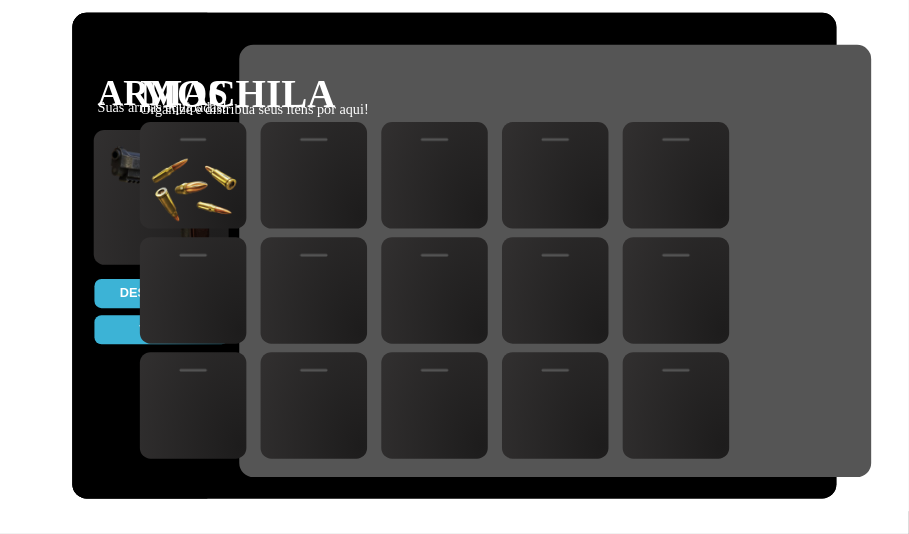
Repository: DuMCorrea/Mochila
Page: index.html
The author's editor kept a copy of each file at every save. The page is drawn from the files as they stood at one save, then again after a run of saves.
The browser window is 1280 px wide. The pictures show the whole page, at 71% of full size.
Some web fonts or font styles are not loaded; a fallback is used.

Above is the page before, as saved 2024-09-02 22:59:32.

### index.html
<!DOCTYPE html>
<html lang="pt-BR">
<head>
    <meta charset="UTF-8">
    <meta name="viewport" content="width=device-width, initial-scale=1.0">
    <link href="https://fonts.googleapis.com/css2?family=Baloo+Bhai+2&display=swap" rel="stylesheet">
    <title>Modelo de Tela</title>
    <link rel="stylesheet" href="styles.css">
</head>
<body>
    <div class="container">
        <div class="background-rectangle">
            <div class="left-div">
                <div class="content-left">
                    <h1>ARMAS</h1>
                    <p>Suas armas equipadas!</p>
                    <div class="image-container">
                        <img src="assets/ARMA.png" alt="Imagem" />
                    </div>
                    <button class="desequipar-btn">DESEQUIPAR</button>
                    <button class="todas">TODAS</button>
                </div>
            </div>
            <div class="right-div">
                <div class="content-right">
                    <h1>MOCHILA</h1>
                    <p>Organize e distribua seus itens por aqui!</p>
                    <div class="squares-container">
                        <div class="square">
                            <img src="assets/traco.png" alt="Imagem" class="square-image-unic">
                            <img src="assets/balas.png" alt="Imagem" class="shots-image">
                        </div>
                        <div class="square">
                            <img src="assets/traco.png" alt="Imagem" class="square-image">
                        </div>
                        <div class="square">
                            <img src="assets/traco.png" alt="Imagem" class="square-image">
                        </div>
                        <div class="square">
                            <img src="assets/traco.png" alt="Imagem" class="square-image">
                        </div>
                        <div class="square">
                            <img src="assets/traco.png" alt="Imagem" class="square-image">
                        </div>
                    </div>
                    <!-- Segunda linha de quadrados -->
                    <div class="squares-container">
                        <div class="square">
                            <img src="assets/traco.png" alt="Imagem" class="square-image">
                        </div>
                        <div class="square">
                            <img src="assets/traco.png" alt="Imagem" class="square-image">
                        </div>
                        <div class="square">
                            <img src="assets/traco.png" alt="Imagem" class="square-image">
                        </div>
                        <div class="square">
                            <img src="assets/traco.png" alt="Imagem" class="square-image">
                        </div>
                        <div class="square">
                            <img src="assets/traco.png" alt="Imagem" class="square-image">
                        </div>
                    </div>

                    <!-- Terceira linha de quadrados -->
                    <div class="squares-container">
                        <div class="square">
                            <img src="assets/traco.png" alt="Imagem" class="square-image">
                        </div>
                        <div class="square">
                            <img src="assets/traco.png" alt="Imagem" class="square-image">
                        </div>
                        <div class="square">
                            <img src="assets/traco.png" alt="Imagem" class="square-image">
                        </div>
                        <div class="square">
                            <img src="assets/traco.png" alt="Imagem" class="square-image">
                        </div>
                        <div class="square">
                            <img src="assets/traco.png" alt="Imagem" class="square-image">
                        </div>
                    </div>
                </div>
            </div>
        </div>
    </div>
</body>
</html>

### styles.css
body, html {
    margin: 0;
    padding: 0;
    width: 100%;
    height: 100%;
    display: flex;
    justify-content: center;
    align-items: center;
    background-color: white; /* Fundo preto para o body */
    font-family: 'Baloo Bhai 2', cursive; /* Aplicando a fonte Baloo Bhai */
}

.container {
    width: 84%; /* Largura da div principal */
    height: 95%; /* Altura da div principal */
    display: flex;
    justify-content: center;
    align-items: center;
    background-color: #000000; /* Fundo preto para a div principal */
    border-radius: 20px; /* Canto arredondado */
    font-family: 'Baloo Bhai 2', cursive; /* Aplicando a fonte Baloo Bhai */
}

.background-rectangle {
    width: 100%;
    height: 100%;
    background: #000000; /* Fundo preto para o retângulo principal */
    border-radius: 20px; /* Cantos arredondados */
    display: flex;
}

.left-div {
    width: 22%; /* 25% da largura da tela */
    height: 100%;
    background-color: #000000; /* Fundo preto para a div esquerda */
    display: flex;
    justify-content: center;
    align-items: center;
    border-radius: 20px 0 0 20px; /* Canto arredondado à esquerda */
    font-family: 'Baloo Bhai 2', cursive; /* Aplicando a fonte Baloo Bhai */
}

.right-div {
    width: calc(110% - 20px); /* 73% da largura da tela menos a margem */
    height: calc(92% - 20px); /* 95% da altura menos a margem */
    background-color: #555555; /* Fundo cinza para a div direita */
    display: flex;
    justify-content: center;
    align-items: center;
    margin: 45px; /* Margem em torno da div da direita */
    border-radius: 20px; /* Cantos arredondados */
    font-family: 'Baloo Bhai 2', cursive; /* Aplicando a fonte Baloo Bhai */
}


/* DIV DA ESQUERDA */

.content-left {
    text-align: justify; /* Justifica o texto */
    display: flex;
    flex-direction: column;
    justify-content: flex-start; /* Alinha os elementos ao topo da div */
    align-items: center; /* Centraliza horizontalmente */
    height: 100%; /* Ocupa toda a altura da div esquerda */
    padding-top: 100px; /* Adiciona um espaçamento do topo */
}

.left-div h1 {
    color: white; /* Cor branca para o título */
    font-size: 50px; /* Tamanho da fonte do título */
    margin-bottom: -20px; /* Espaçamento negativo para aproximar o parágrafo */
    font-weight: 900;
    width: 100%; /* Para garantir que a justificação funcione */
    text-align: justify; /* Justifica o texto do título */
    position: relative;
    left: 35px;
}

.left-div p {
    color: white; /* Cor branca para a frase */
    font-size: 20px; /* Tamanho da fonte da frase */
    margin-top: 0; /* Remove a margem superior do parágrafo */
    width: 100%; /* Para garantir que a justificação funcione */
    text-align: justify; /* Justifica o texto da frase */
    font-weight: 100;
    position: relative;
    left: 35px;
}

.image-container {
    width: 190px; /* Largura do quadrado */
    height: 190px; /* Altura do quadrado */
    background: radial-gradient(547.21% 823.76% at 94.51% 88.04%, #1D1C1C 0%, #837E7E 100%); /* Fundo com gradiente */
    border-radius: 15px; /* Borda arredondada */
    display: flex;
    justify-content: center;
    align-items: center;
    margin-top: 0px; /* Espaçamento acima da imagem */
    position: relative;
    left: 30px;
}

.image-container img {
    width: 85%; /* Ajusta o tamanho da imagem para caber no container */
    height: 85%; /* Ajusta o tamanho da imagem para caber no container */
    border-radius: 15px; /* Borda arredondada da imagem para combinar com o container */
}

.desequipar-btn {
    margin-top: 20px; /* Espaçamento acima do botão */
    padding: 10px 20px; /* Espaçamento interno do botão */
    background: linear-gradient(90deg, #3CB3D6 49.9%, #1F5E70 100%); /* Fundo com gradiente */
    color: white; /* Cor do texto */
    font-size: 18px; /* Tamanho da fonte */
    font-weight: bold; /* Negrito no texto */
    border: none; /* Remove a borda padrão do botão */
    border-radius: 10px; /* Bordas arredondadas */
    cursor: pointer; /* Cursor de ponteiro ao passar o mouse */
    text-align: center; /* Centraliza o texto no botão */
    width: 189px; /* Largura do botão */
    position: relative;
    left: 30px;
}

.todas {
    margin-top: 10px; /* Espaçamento acima do botão */
    padding: 10px 20px; /* Espaçamento interno do botão */
    background: linear-gradient(90deg, #3CB3D6 49.9%, #1F5E70 100%); /* Fundo com gradiente */
    color: white; /* Cor do texto */
    font-size: 18px; /* Tamanho da fonte */
    font-weight: bold; /* Negrito no texto */
    border: none; /* Remove a borda padrão do botão */
    border-radius: 10px; /* Bordas arredondadas */
    cursor: pointer; /* Cursor de ponteiro ao passar o mouse */
    text-align: center; /* Centraliza o texto no botão */
    width: 189px; /* Largura do botão */
    position: relative;
    left: 30px;
}


/* DIV DA DIREITA */


.content-right {
    display: flex;
    flex-direction: column;
    justify-content: flex-start; /* Alinha os elementos ao topo da div */
    align-items: flex-start; /* Alinha os elementos à esquerda */
    height: 100%; /* Ocupa toda a altura da div direita */
    padding: 20px; /* Adiciona um espaçamento interno */
}

.right-div h1 {
    color: white; /* Cor branca para o título */
    font-size: 55px; /* Tamanho da fonte do título */
    margin-bottom: -20px; /* Espaçamento negativo para aproximar o parágrafo */
    font-weight: 900;
    width: 100%; /* Para garantir que a justificação funcione */
    text-align: left; /* Alinha o texto à esquerda */
    position: relative; /* Posicionamento relativo para o elemento abaixo */
    right: 160px;
}

.right-div p {
    color: white; /* Cor branca para a frase */
    font-size: 20px; /* Tamanho da fonte da frase */
    margin-top: 0; /* Remove a margem superior do parágrafo */
    width: 100%; /* Para garantir que a justificação funcione */
    text-align: left; /* Alinha o texto à esquerda */
    font-weight: 100;
    position: relative; /* Posicionamento relativo para o elemento abaixo */
    right: 160px;
}

.squares-container {
    display: flex; /* Exibe os quadrados em linha */
    justify-content: center; /* Centraliza os quadrados horizontalmente */
    align-items: center; /* Centraliza os quadrados verticalmente */
    width: 100%; /* Largura total para o contêiner */
    height: 50%; /* Altura do contêiner */
    position: relative;
    right: 170px;
    bottom: 20px;
    margin-bottom: 0px; /* Reduz o espaçamento entre as linhas de quadrados */
}

.square {
    width: 150px; /* Largura dos quadrados */
    height: 150px; /* Altura dos quadrados */
    background: radial-gradient(547.21% 823.76% at 94.51% 88.04%, #1D1C1C 0%, #837E7E 100%); /* Gradiente de fundo */
    border-radius: 15px; /* Bordas arredondadas */
    margin: 0 10px 0px 10px; /* Espaçamento entre os quadrados e entre as linhas */
    display: flex;
    justify-content: center; /* Centraliza horizontalmente o conteúdo */
    align-items: center; /* Centraliza verticalmente o conteúdo */
}

.square-image {
    width: 40px; /* Tamanho da imagem dentro dos quadrados */
    height: 5px;
    position: relative;
    bottom: 50px;
}

.square-image-unic {
    width: 40px; /* Tamanho da imagem dentro dos quadrados */
    height: 5px;
    position: relative;
    bottom: 50px;
    left: 67px;
}

.shots-image {
    width: 90%; /* Tamanho da imagem dentro dos quadrados */
    height: 60%;
    position: relative;
    top: 20px;
    right: 20px;
}

After the next 2 saves:
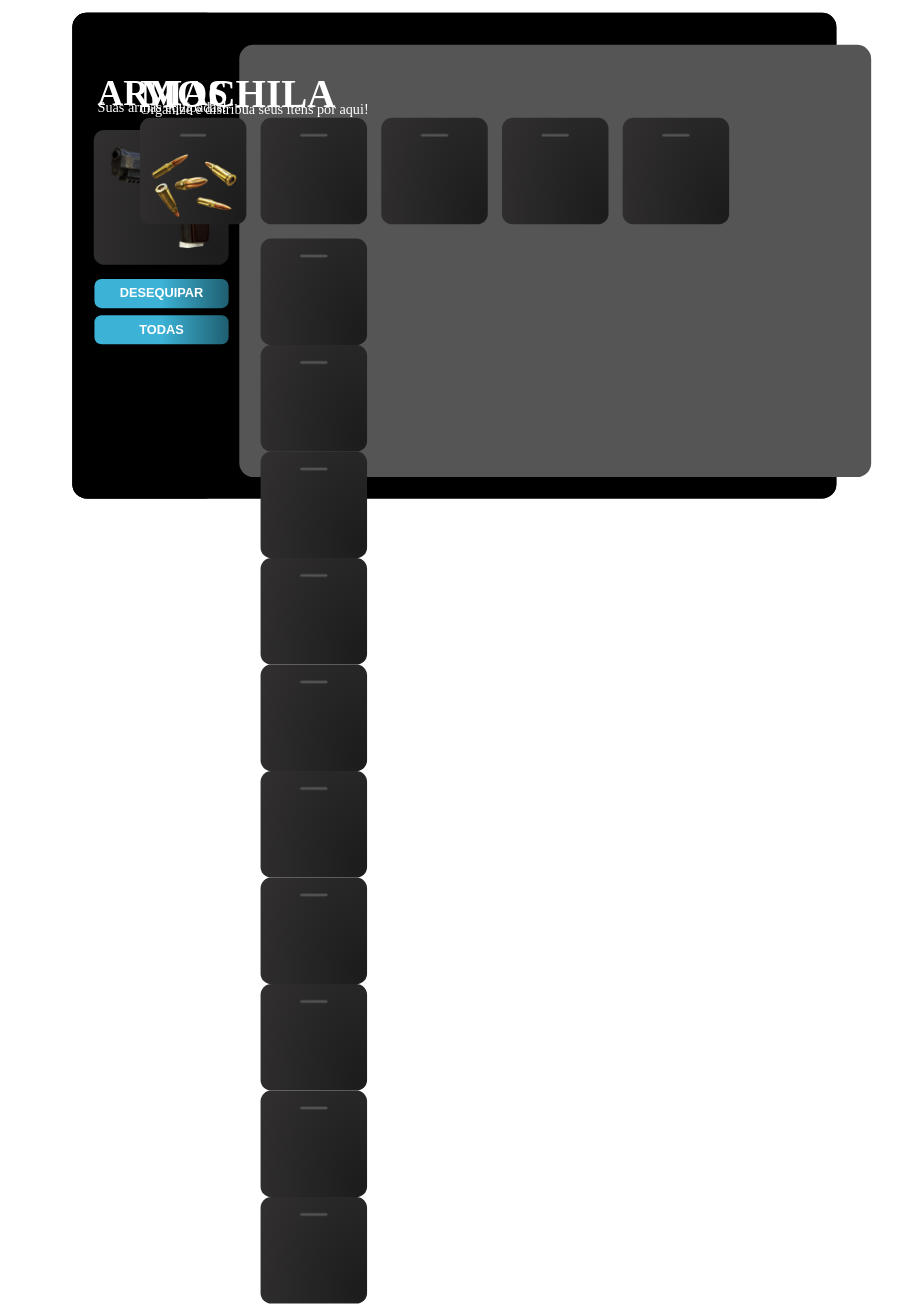
The 2 saves are shown as one change because they came seconds apart.
The last was saved 10 s later.
--- a/index.html
+++ b/index.html
@@ -44,7 +44,7 @@
                         </div>
                     </div>
                     <!-- Segunda linha de quadrados -->
-                    <div class="squares-container">
+                    <div class="squares-containerr">
                         <div class="square">
                             <img src="assets/traco.png" alt="Imagem" class="square-image">
                         </div>
@@ -63,7 +63,7 @@
                     </div>
 
                     <!-- Terceira linha de quadrados -->
-                    <div class="squares-container">
+                    <div class="squares-containerrr">
                         <div class="square">
                             <img src="assets/traco.png" alt="Imagem" class="square-image">
                         </div>

After the save that followed:
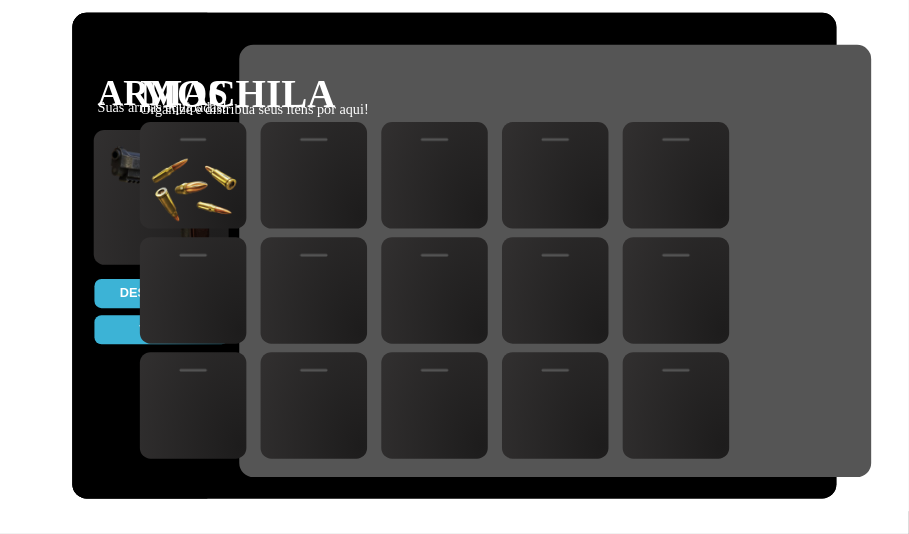
Saved 14 s later.
--- a/styles.css
+++ b/styles.css
@@ -184,6 +184,28 @@ body, html {
     bottom: 20px;
     margin-bottom: 0px; /* Reduz o espaçamento entre as linhas de quadrados */
 }
+.squares-containerr {
+    display: flex; /* Exibe os quadrados em linha */
+    justify-content: center; /* Centraliza os quadrados horizontalmente */
+    align-items: center; /* Centraliza os quadrados verticalmente */
+    width: 100%; /* Largura total para o contêiner */
+    height: 50%; /* Altura do contêiner */
+    position: relative;
+    right: 170px;
+    bottom: 20px;
+    margin-bottom: 0px; /* Reduz o espaçamento entre as linhas de quadrados */
+}
+.squares-containerrr {
+    display: flex; /* Exibe os quadrados em linha */
+    justify-content: center; /* Centraliza os quadrados horizontalmente */
+    align-items: center; /* Centraliza os quadrados verticalmente */
+    width: 100%; /* Largura total para o contêiner */
+    height: 50%; /* Altura do contêiner */
+    position: relative;
+    right: 170px;
+    bottom: 20px;
+    margin-bottom: 0px; /* Reduz o espaçamento entre as linhas de quadrados */
+}
 
 .square {
     width: 150px; /* Largura dos quadrados */
